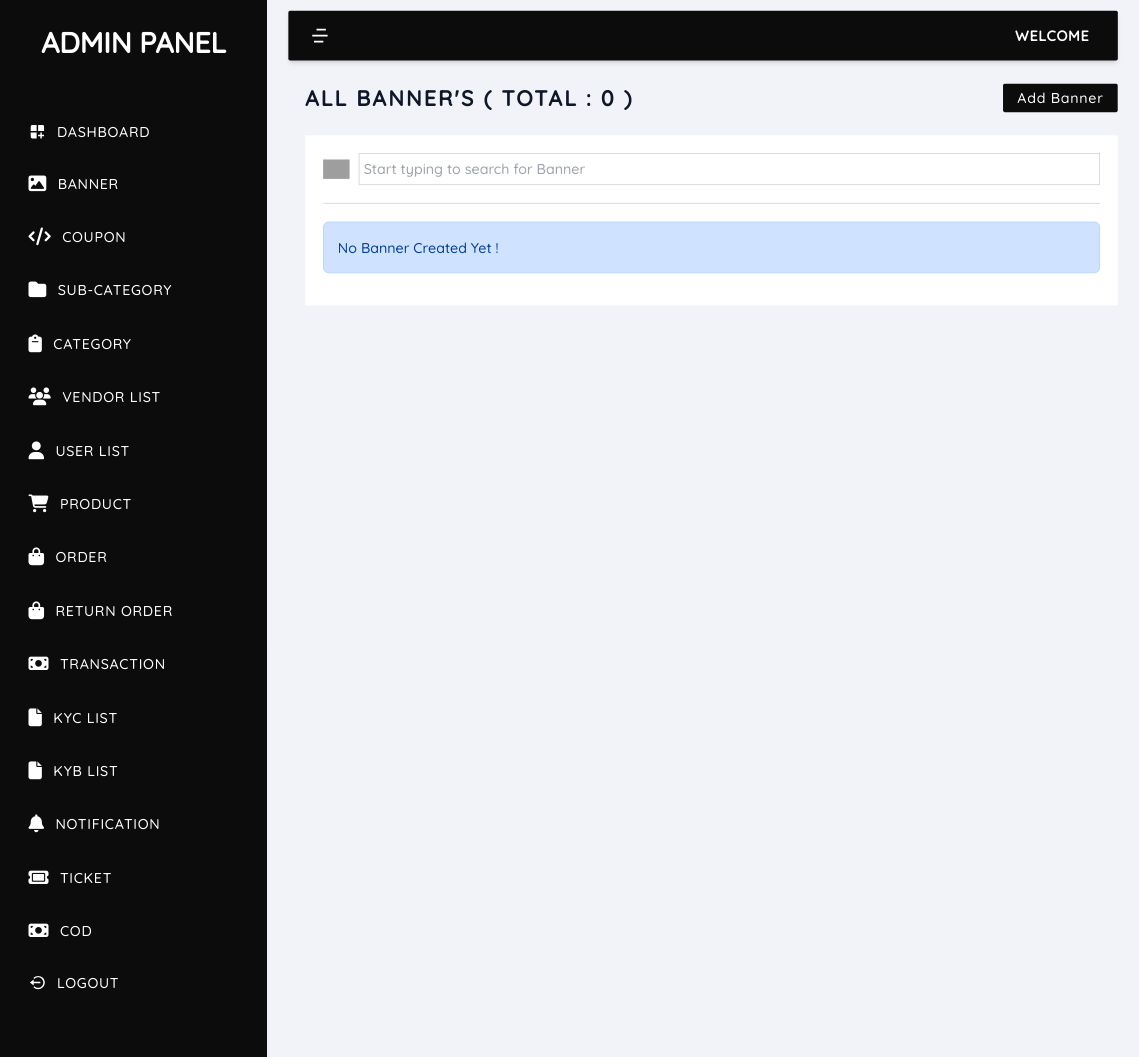
Repository: FlyweisReact/Sudarshan
Page: /admin/banner
These files come from the project's save history. The page is drawn as it stood at one moment and after a run of saves; the edit follows.
The browser window is 1280 px wide. The pictures show the whole page, at 89% of full size.
Pictures or frames that could not be fetched are drawn as grey boxes. The page's requests for data from a server got no answer. Some web libraries are served in a nearby version. The project was rebuilt for these pictures with package versions that can differ from the ones it lists, and the page was loaded fresh each time. No one was signed in, and anything a server would have sent is missing. Also part of the build but not shown: src/Admin/forms/AdminLogin.jsx, src/Admin/pages/Dashboard/AdminDashboard.js, src/Admin/pages/subcategory/AdminSubCategory.js, src/Admin/pages/category/AdminCategory.js, src/Admin/pages/Product/AdminProduct.js, src/Admin/pages/Product/AdminSingleProduct.js, src/Admin/pages/Order/AdminOrder.js, src/Admin/pages/Order/AdminViewOrder.js and 11 more.

Above is the page before, as saved 2023-09-06 13:07:29.

After the next 2 saves:
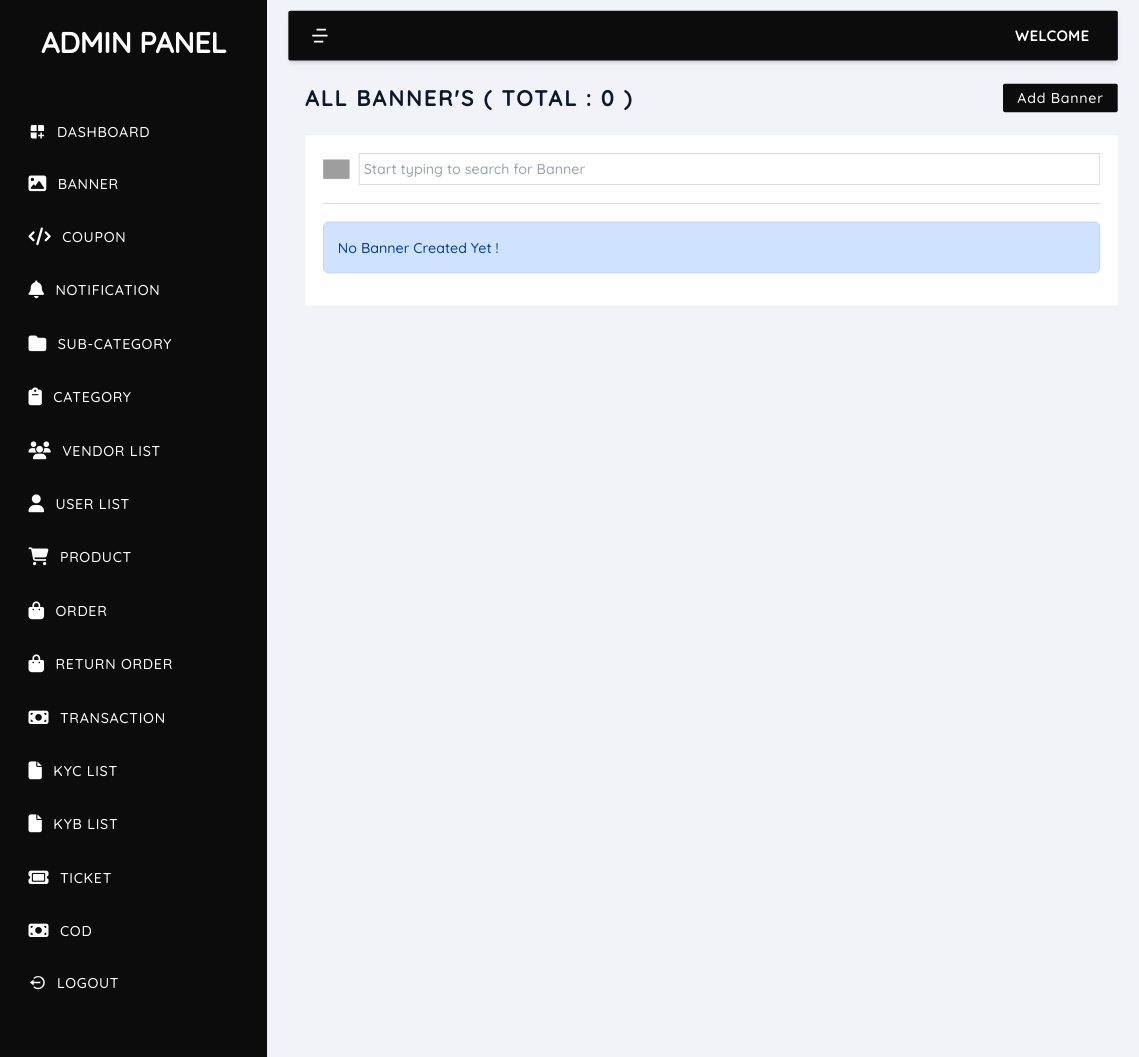
The 2 saves are shown as one change because they came seconds apart.
The last was saved 34 s later.
--- a/src/Admin/layout/Sidebar.jsx
+++ b/src/Admin/layout/Sidebar.jsx
@@ -27,6 +27,11 @@ const Sidebar = ({ hamb, setHamb }) => {
       name: "Coupon",
     },
 
+    {
+      icon: <i className=" fa-solid fa-bell text-xl mr-3 rounded-full " />,
+      link: "/notification",
+      name: "Notification",
+    },
 
 
     {
@@ -89,11 +94,6 @@ const Sidebar = ({ hamb, setHamb }) => {
     },
 
 
-    {
-      icon: <i className=" fa-solid fa-bell text-xl mr-3 rounded-full " />,
-      link: "/notification",
-      name: "Notification",
-    },
     {
       icon: <i className=" fa-solid fa-ticket text-xl mr-3 rounded-full " />,
       link: "/admin/ticket",
